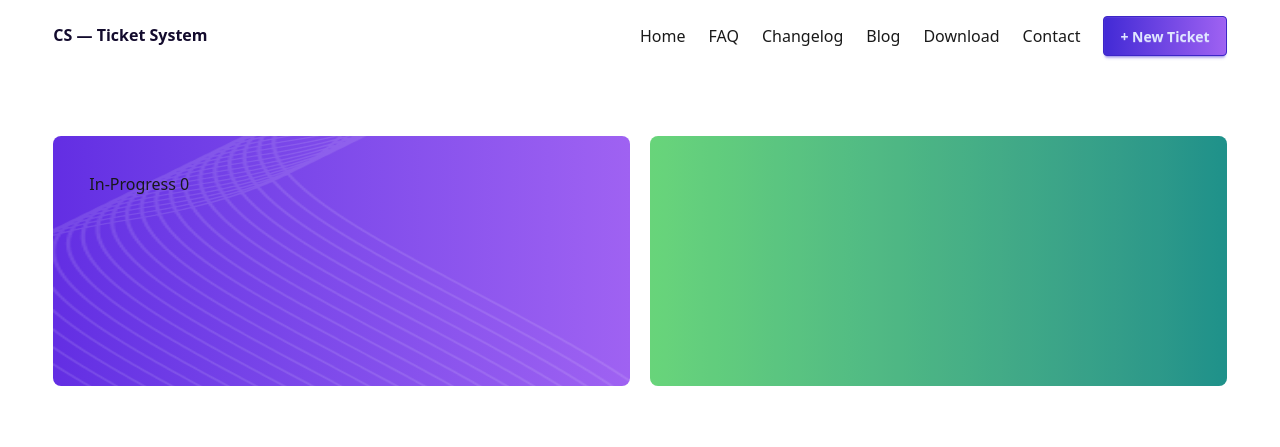
Repository: SanjidaSnigdha/Customer-Support-Zone
Page: /
These files come from the project's save history. The page is drawn as it stood at one moment and after the next save; the edit follows.
The browser window is 1280 px wide. The pictures show the whole page.
The project was rebuilt for these pictures with package versions that can differ from the ones it lists, and the page was loaded fresh each time. Also part of the build but not shown: vite.config.js, src/App.css.

Above is the page before, as saved 2026-03-24 02:04:29.

### index.html
<!doctype html>
<html lang="en">
  <head>
    <meta charset="UTF-8" />
    <link rel="icon" type="image/svg+xml" href="/favicon.svg" />
    <meta name="viewport" content="width=device-width, initial-scale=1.0" />
    <title>customer-support-zone</title>
  </head>
  <body>
    <div id="root"></div>
    <script type="module" src="/src/main.jsx"></script>
  </body>
</html>

### src/index.css
 @import "tailwindcss";
 @plugin "daisyui" {
  themes: light --default, dark --prefersdark;
  themes: light --default;
 }

### src/App.jsx
import { useState } from 'react'
import './App.css'
import Navbar from './component/Navbar/Navbar'
import Banner from './component/Banner/Banner'

function App() {
  const [count, setCount] = useState(0)

  return (
    <>
   <Navbar></Navbar>
   <Banner></Banner>
    </>
  )
}

export default App

### src/component/Navbar/Navbar.jsx
import React from 'react';

const Navbar = () => {
    return (
        <div className='flex justify-between w-11/12 mx-auto mt-4'>
            <div className='navbar-start'>
                <h1 className='w-[833px] h-[26px] font-bold text-[#130B2D]'>CS — Ticket System</h1>
            </div>
            <div className='navbar-end justify-between gap-3 text-[#000000]/90'>
                <a>Home</a>
                <a>FAQ</a>
                <a>Changelog</a>
                <a>Blog</a>
                <a>Download</a>
                <a>Contact</a>
         <button className='btn btn-primary bg-gradient-to-r from [#632EE3] to-[#9F62F2]'>+ New Ticket</button>
            </div>
        </div>
    );
};

export default Navbar;

### src/component/Banner/Banner.jsx
import React from 'react';
import vectorImg1 from '../../assets/vector1.png'
import vectorImg2 from '../../assets/vector2.png'

const Banner = () => {
    return (
        <div className='flex justify-between w-11/12 mx-auto mt-20 gap-5'>
            <div className='relative'>
             <img src={vectorImg1} alt="" className=' bg-gradient-to-r from-[#632EE3] to-[#9F62F2] w-[700px] h-[250px] rounded-[8px]'/>
             <p className='absolute inset-9'>In-Progress 0</p>

            </div>
            <img src={vectorImg2} alt="" className='bg-gradient-to-r from-[#54CF68] to-[#00827A] w-[700px] h-[250px] rounded-[8px]'/>
        </div>
    );
};

export default Banner;

Loaded but not shown: src/main.jsx (common file)

After the next save:
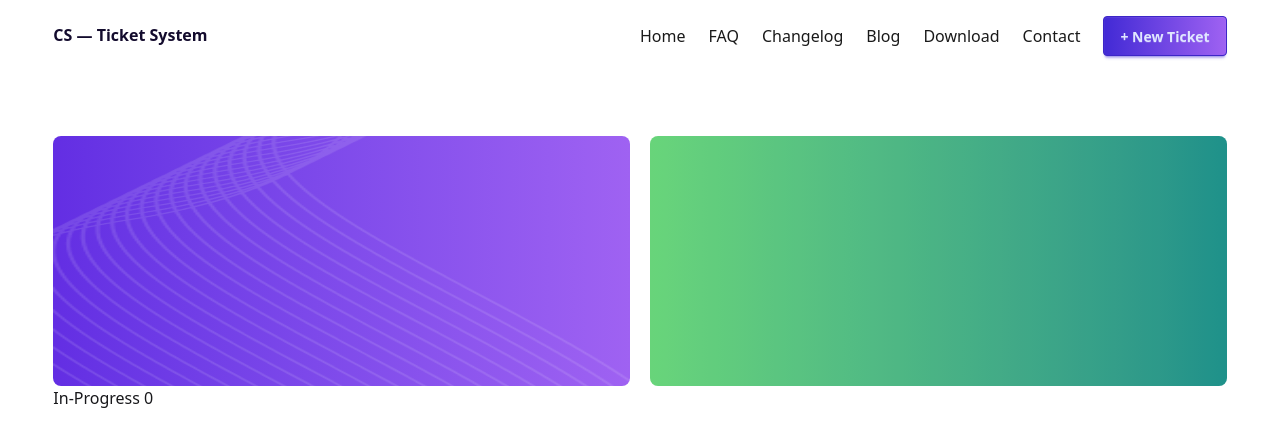
Saved 22 s later.
--- a/src/component/Banner/Banner.jsx
+++ b/src/component/Banner/Banner.jsx
@@ -7,7 +7,7 @@ const Banner = () => {
         <div className='flex justify-between w-11/12 mx-auto mt-20 gap-5'>
             <div className='relative'>
              <img src={vectorImg1} alt="" className=' bg-gradient-to-r from-[#632EE3] to-[#9F62F2] w-[700px] h-[250px] rounded-[8px]'/>
-             <p className='absolute inset-9'>In-Progress 0</p>
+             <p className='absolute text-center'>In-Progress 0</p>
 
             </div>
             <img src={vectorImg2} alt="" className='bg-gradient-to-r from-[#54CF68] to-[#00827A] w-[700px] h-[250px] rounded-[8px]'/>
